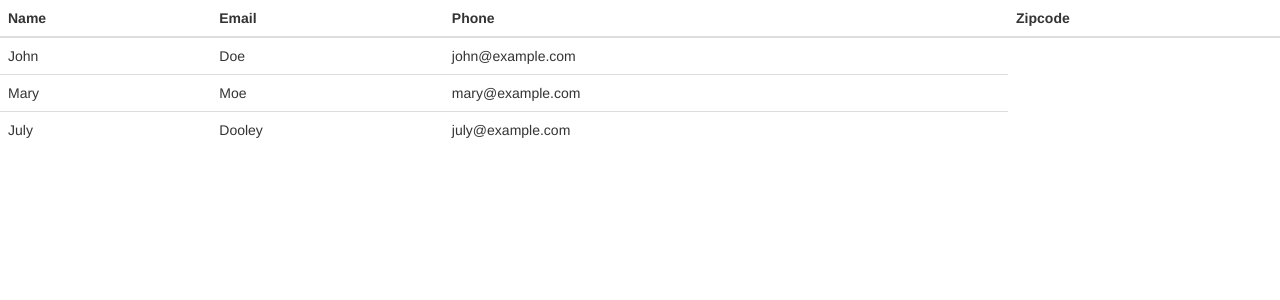
Repository: afan31/Event-Management-System
Page: http://localhost/eventManagmentSystem/participants
An editor plug-in stored every save of this project. The page is shown before and after the next save, followed by the edit.
The browser window is 1280 px wide. The pictures show the whole page.
The page is served by Tomcat 9. Queries for data that is not in the repository find no rows.

Above is the page before, as saved 2016-11-19 07:06:24.
Console error (its wording comes from the project's code and is left out).

After the next save:
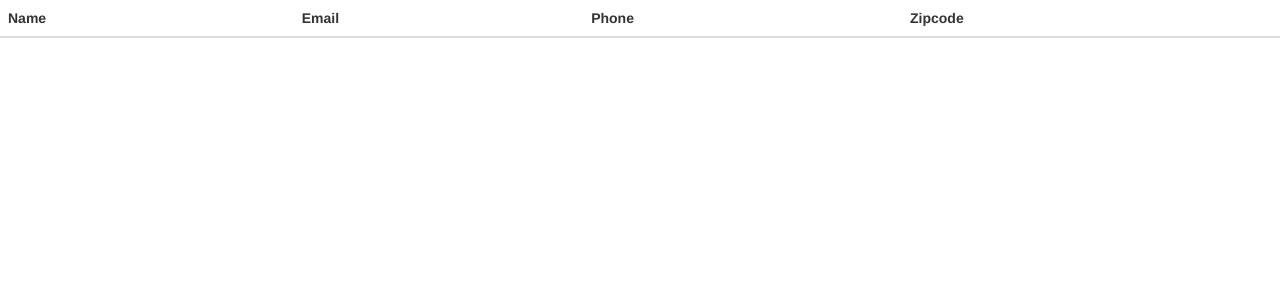
Saved 21 s later.
--- a/eventManagmentSystem/WebContent/WEB-INF/jsps/participants.jsp
+++ b/eventManagmentSystem/WebContent/WEB-INF/jsps/participants.jsp
@@ -19,29 +19,15 @@
       </tr>
     </thead>
     <tbody>
-      <tr>
-        <td>John</td>
-        <td>Doe</td>
-        <td>john@example.com</td>
-      </tr>
-      <tr>
-        <td>Mary</td>
-        <td>Moe</td>
-        <td>mary@example.com</td>
-      </tr>
-      <tr>
-        <td>July</td>
-        <td>Dooley</td>
-        <td>july@example.com</td>
-      </tr>
-    </tbody>
-  </table>
-
-	<c:forEach var="participant" items="${participants}">
+      <c:forEach var="participant" items="${participants}">
 	    <tr>
         <td><c:out value="${participant}"></c:out></td>
         </tr>
 	</c:forEach>
+    </tbody>
+  </table>
+
+
 </body>
 
 </html>
